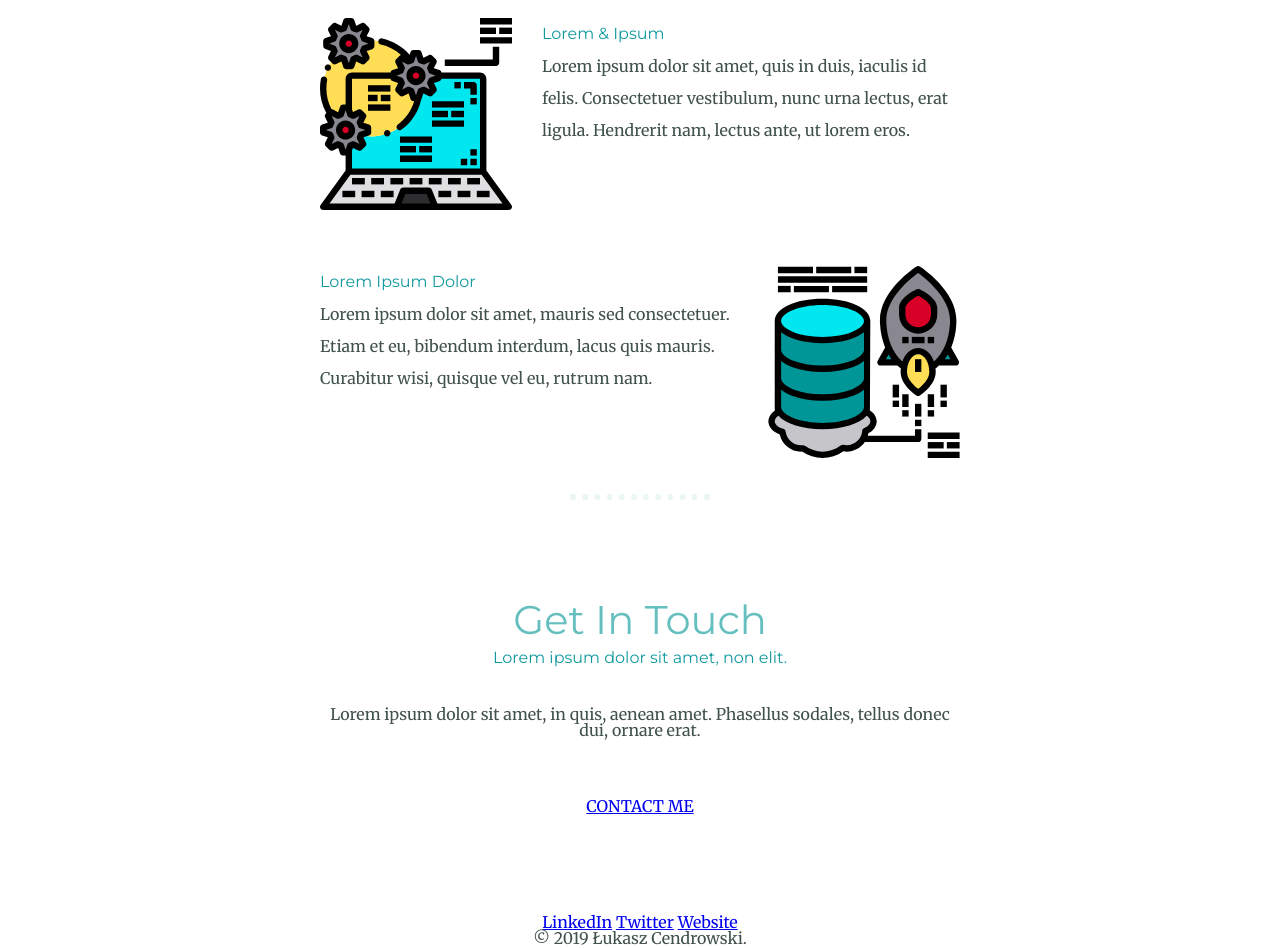
Repository: Isanderr/simple_landing_page-1
Page: index.html
These files come from the project's save history. The page is drawn as it stood at one moment and after the next save; the edit follows.
The browser window is 1280 px wide. The pictures show the part of the page from y = 1296 to 2248 px (the page is 2244 px tall before and 2248 px after).
A picture or video elsewhere on the page could not be fetched, so the positions and the page height are approximate.

Above is the page before, as saved 2019-02-01 17:51:52.

After the next save:
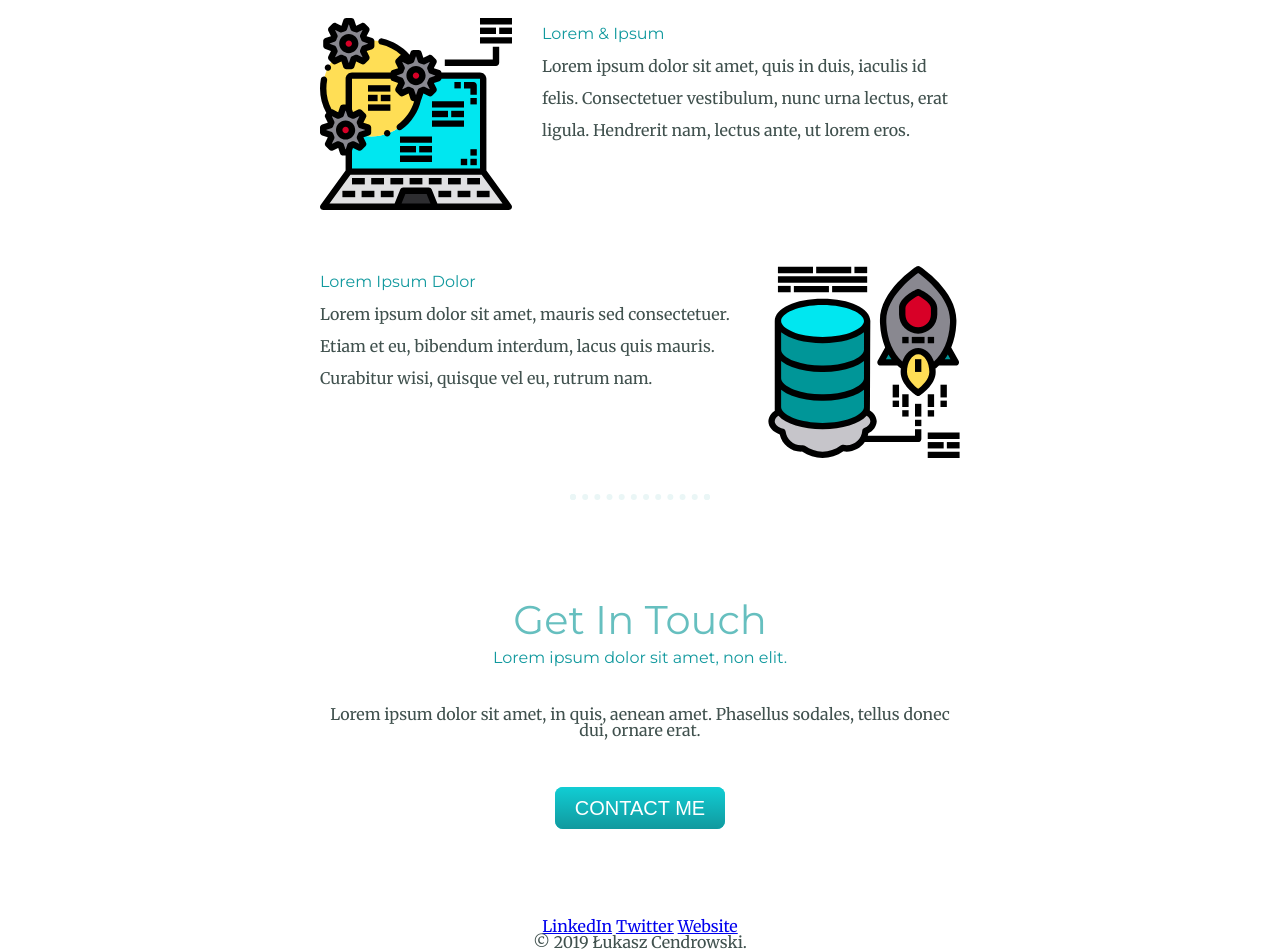
Saved 23 s later.
--- a/css/styles.css
+++ b/css/styles.css
@@ -101,7 +101,7 @@ width: 30%;
     margin-left: 30px;
 }
 
-.butn {
+.btn {
     background: #11cdd4;
     background-image: -webkit-linear-gradient(top, #11cdd4, #11999e);
     background-image: -moz-linear-gradient(top, #11cdd4, #11999e);
@@ -118,7 +118,7 @@ width: 30%;
     text-decoration: none;
   }
 
-  .butn:hover {
+  .btn:hover {
     background: #30e3cb;
     background-image: -webkit-linear-gradient(top, #30e3cb, #2bc4a);
     background-image: -moz-linear-gradient(top, #30e3cb, #2bc4a);
